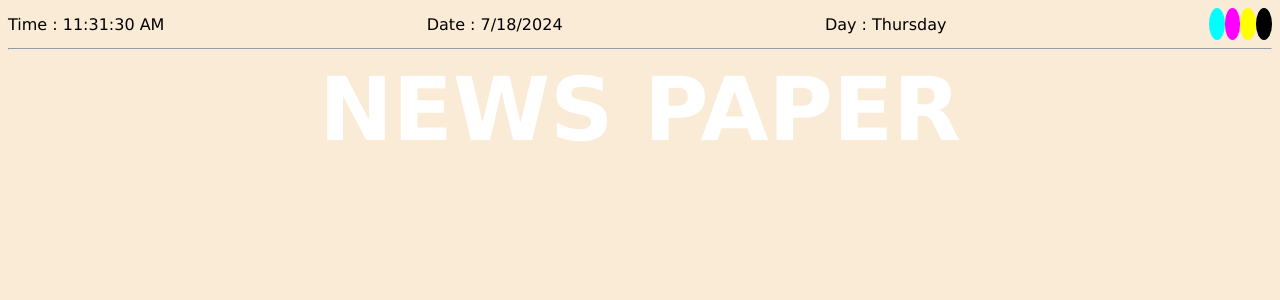
Repository: FARMAN9/new_paper
Page: /
The author's editor kept a copy of each file at every save. The page is drawn from the files as they stood at one save, then again after the next save.
The browser window is 1280 px wide. The pictures show the whole page.
The project was rebuilt for these pictures with package versions that can differ from the ones it lists, and the page was loaded fresh each time. Also part of the build but not shown: vite.config.js.

Above is the page before, as saved 2024-07-27 23:31:19.

After the next save:
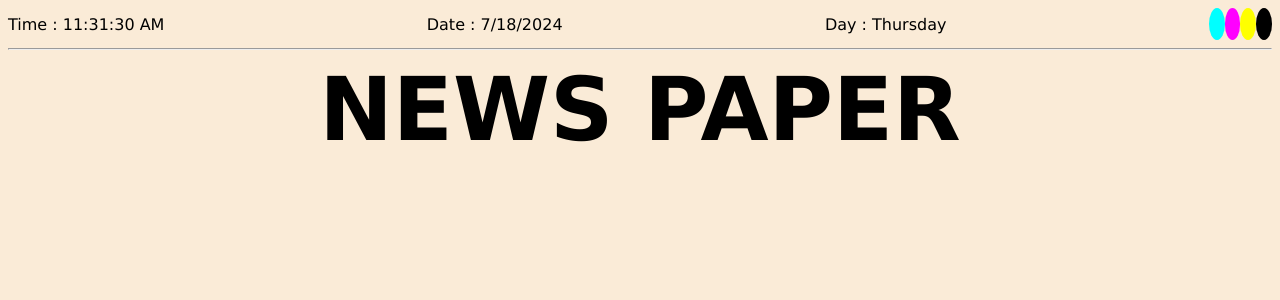
Saved 5 s later.
--- a/src/App.css
+++ b/src/App.css
@@ -45,5 +45,4 @@ h1 {
   padding: 0;
   font-size: 5.5rem;
   text-align: center;
-  color: white;
 }
